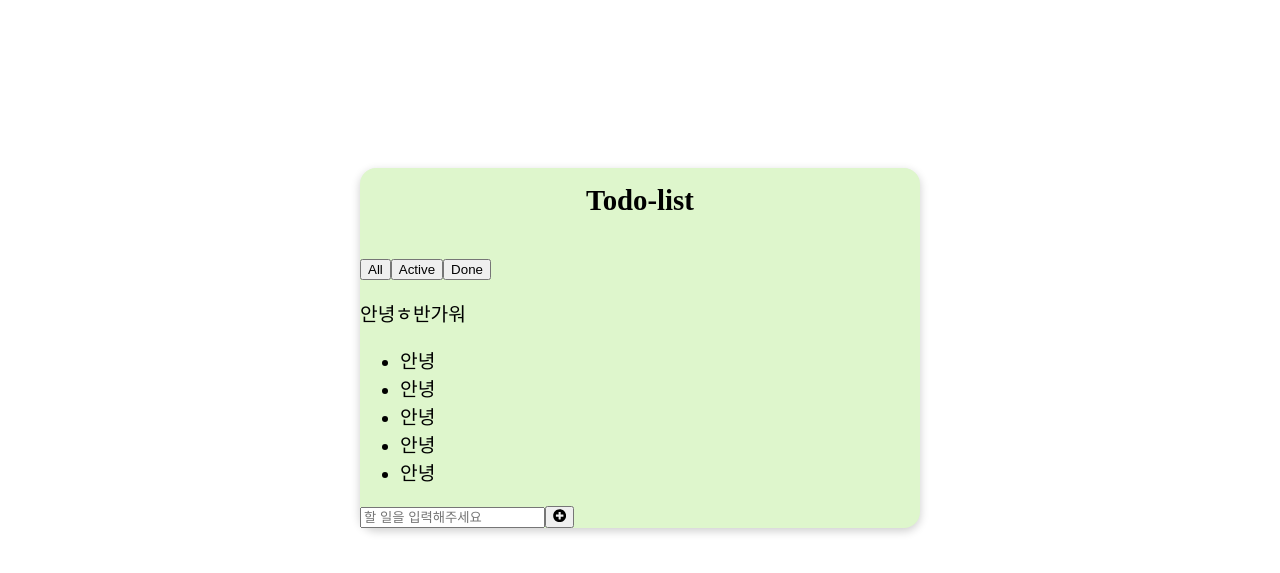
Repository: Yugayoung/todoList
Page: /
The author's editor kept a copy of each file at every save. The page is drawn from the files as they stood at one save, then again after the next save.
The browser window is 1280 px wide. The pictures show the whole page.
Some web fonts or font styles are not loaded; a fallback is used. The project was rebuilt for these pictures with package versions that can differ from the ones it lists, and the page was loaded fresh each time. Also part of the build but not shown: src/App.css.

Above is the page before, as saved 2024-03-21 01:16:10.

### src/index.css
@font-face {
  font-family: 'IM_Hyemin-Bold';
  src: url('./fonts/IM_Hyemin-Regular.otf') format('opentype');
  font-weight: normal;
  font-style: normal;
}

body {
  margin: 0;
  font-family: 'IM_Hyemin-Bold';
  -webkit-font-smoothing: antialiased;
  -moz-osx-font-smoothing: grayscale;
  width: 100vw;
  height: 100vh;
  display: flex;
  justify-content: center;
  align-items: center;
  font-size: 1.2rem;
}

code {
  font-family: source-code-pro, Menlo, Monaco, Consolas, 'Courier New',
    monospace;
}
#root {
  width: 100%;
  height: 60%;
  max-width: 35rem;
}

### src/App.js
import './App.css';
import Todo from './pages/Todo';

function App() {
  return (
    <>
      <Todo />
    </>
  );
}

export default App;

### src/pages/todo.jsx
import React from 'react';
import styled from 'styled-components';
import { FaPlusCircle } from 'react-icons/fa';

const Title = styled.h2`
  text-align: center;
  font-weight: bold;
  padding: 1rem;
`;

const TodoList = styled.section`
  background-color: #def6cc;
  border-radius: 1rem;
  box-shadow: 0 3px 10px rgb(0, 0, 0, 0.2);
`;

export default function Todo() {
  return (
    <>
      <TodoList>
        {/* 할일 state */}
        <Title>Todo-list</Title>
        <div>
          <button>All</button>
          <button>Active</button>
          <button>Done</button>
          <p>안녕ㅎ반가워</p>
        </div>
        {/* addTodoList */}
        <div>
          <ul>
            <li>안녕</li>
            <li>안녕</li>
            <li>안녕</li>
            <li>안녕</li>
            <li>안녕</li>
          </ul>
        </div>
        {/* 할일 입력 */}
        <div>
          <input type='text' placeholder='할 일을 입력해주세요' />
          <button>
            <FaPlusCircle />
          </button>
        </div>
      </TodoList>
    </>
  );
}

Loaded but not shown: public/index.html (common file); src/index.js (common file); src/reportWebVitals.js (common file)

After the next save:
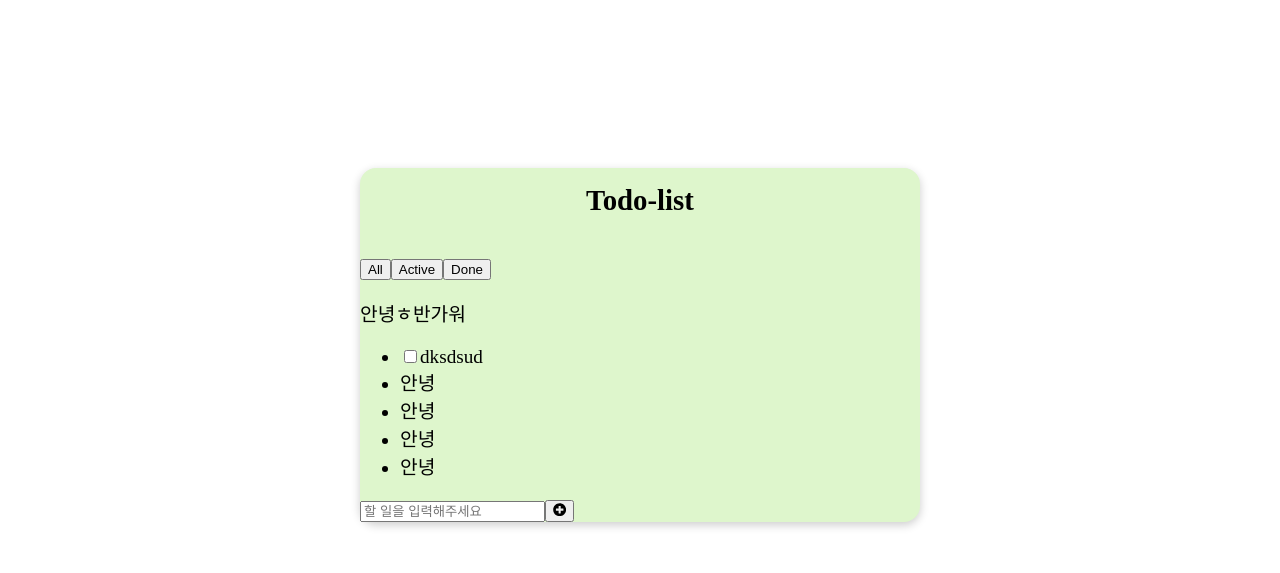
Saved 4 min 26 s later.
--- a/src/pages/todo.jsx
+++ b/src/pages/todo.jsx
@@ -29,7 +29,10 @@ export default function Todo() {
         {/* addTodoList */}
         <div>
           <ul>
-            <li>안녕</li>
+            <li>
+              <input type='checkbox' />
+              dksdsud
+            </li>
             <li>안녕</li>
             <li>안녕</li>
             <li>안녕</li>
